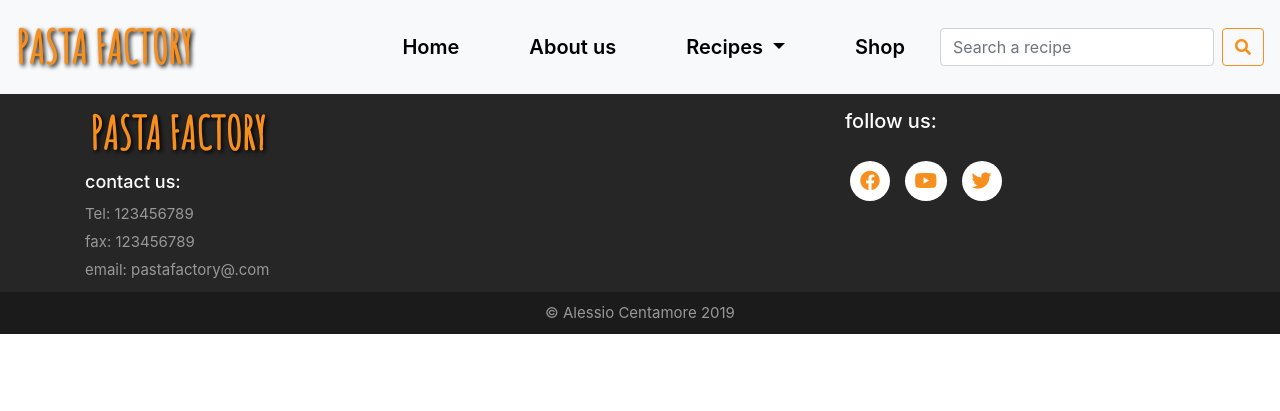
Repository: Baal89/recipe-app
Page: http://localhost/get_recipes
The author's editor kept a record of every edit. The page is drawn from the files as they stood at one moment, then again after the next edit.
The browser window is 1280 px wide. The pictures show the whole page.
Some web libraries are served in a nearby version. The page is served by the project's application, run on Flask 3 (app.py). Queries for data that is not in the repository find no rows.

Above is the page before.
Console error: TypeError: $(...).tooltip is not a function

### templates/recipes.html
{% extends 'base.html' %} {% block content %}

<!-- bootstrap accordion and collapse navbar -->
<section>
    <form method="POST" action="{{url_for('filter_recipes') }}">
        <div>

            {% for category in categories %}

            <div class="form-group form-check">
                <input type="checkbox" class="form-check-input" id="exampleCheck1" name="category_name" value="{{category.category_name}}">
                <label class="form-check-label" for="exampleCheck1">{{category.category_name}}</label>
            </div>

            {% endfor %}
        </div>
        <div>

            {% for type in types %}

            <div class="form-group form-check">
                <input type="checkbox" class="form-check-input" id="exampleCheck1" name="type_name" value="{{type.name}}">
                <label class="form-check-label" for="exampleCheck1">{{type.name}}</label>
            </div>

            {% endfor %}
        </div>
        <div>
            {% for type in types %}

            <div class="form-group form-check">
                <input type="checkbox" class="form-check-input" id="exampleCheck1" name="difficult_level" value="{{difficult.level}}">
                <label class="form-check-label" for="exampleCheck1">{{difficult.level}}</label>
            </div>

            {% endfor %}
        </div>
        <div>
            {% for price in prices %}

            <div class="form-group form-check">
                <input type="checkbox" class="form-check-input" id="exampleCheck1" name="price_amount" value="{{price.amount}}">
                <label class="form-check-label" for="exampleCheck1">{{price.amount}}</label>
            </div>

            {% endfor %}
        </div>
    </form>
</section>

{% for recipe in recipes %}

<section class="recipe-container">
    <div class="container recipe-page">
        <div class="row">
            <div class="col-md-8 col-12 text-center">
                <h2 class=recipe-name>{{recipe.recipe_name}}</h2>
            </div>
            <div class="col-md-4 col-12">
                <a href="{{url_for('edit_recipe', recipe_id=recipe._id) }}" class="btn btn-warning btn recipe-button" role="button" aria-pressed="true"><i class="fas fa-edit"></i>Update</a>
                <a href="{{url_for('delete_recipe', recipe_id=recipe._id) }}" class="btn btn-danger btn recipe-button" role="button" aria-pressed="true"><i class="fas fa-trash"></i>Delete</a>
            </div>
        </div>
        <div class="row">
            <div class="col-md-8 col-12 recipe-img">
                <img class="img-fluid" src="{{recipe.recipe_img}}">
            </div>
            <div class="col-md-4 col-12 recipe-details">
                <!--<div>Icons made by <a href="https://www.flaticon.com/authors/monkik" title="monkik">monkik</a> from <a href="https://www.flaticon.com/" title="Flaticon">www.flaticon.com</a></div> -->
                <p><img class="img-fluid icon" src="static/assets/img/ramen.png">type: <strong>{{recipe.category_name}}</strong></p>
                <!--<div>Icons made by <a href="https://www.flaticon.com/authors/freepik" title="Freepik">Freepik</a> from <a href="https://www.flaticon.com/" title="Flaticon">www.flaticon.com</a></div>-->
                <p><img class="img-fluid icon" src="static/assets/img/sterling-pound-sign-of-money.png">Price: <strong>{{recipe.recipe_price}}</strong></p>
                <!--<div>Icons made by <a href="https://www.flaticon.com/authors/freepik" title="Freepik">Freepik</a> from <a href="https://www.flaticon.com/" title="Flaticon">www.flaticon.com</a></div>-->
                <p><img class="img-fluid icon" src="static/assets/img/kitchen-pack.png">Preparation time: <strong>{{recipe.recipe_cooking_time}}</strong></p>
                <!--<div>Icons made by <a href="https://www.flaticon.com/authors/freepik" title="Freepik">Freepik</a> from <a href="https://www.flaticon.com/" title="Flaticon">www.flaticon.com</a></div>-->
                <p><img class="img-fluid icon" src="static/assets/img/chef.png"> difficulty: <strong>{{recipe.recipe_difficulty}}</strong></p>
                <!--<div>Icons made by <a href="https://www.flaticon.com/authors/eucalyp" title="Eucalyp">Eucalyp</a> from <a href="https://www.flaticon.com/" title="Flaticon">www.flaticon.com</a></div> -->
                <p><img class="img-fluid icon" src="static/assets/img/vegetarian.png"> dietary: <strong>{{recipe.recipe_dietary}}</strong></p>
            </div>
        </div>
        <div class="row recipe-row">
            <div class="col-md-6 col-6">
                <h3 class="ingredients-header">ingredients for {{recipe.recipe_doses}}</h3>
                <ul class="recipe-composition">
                    {% for ingredients in recipe.recipe_ingredients %}
                    <li><strong>{{ingredients}}</strong></li><br> {% endfor %}
                </ul>
            </div>
            <div class="col-md-6 col-6">
                <h3 class="ingredients-header">Allergens</h3>
                <ul class="recipe-composition">
                    {% for allergens in recipe.recipe_allergens %}
                    <li><strong>{{allergens}}</strong></li><br> {% endfor %}
                </ul>
            </div>
        </div>
        <div class="row">
            <div class="col-12">
                <h3 class="ingredients-header">Preparation Steps</h3>
                <p class="steps">{{recipe.recipe_preparation_steps}}</p>
            </div>
        </div>
    </div>
</section>


{% endfor %} {% endblock %}

### templates/base.html
<!DOCTYPE html>
<html lang="en">

<head>
    <meta charset="utf-8">
    <meta name="viewport" content="width=device-width, initial-scale=1, shrink-to-fit=no">
    <link href="https://fonts.googleapis.com/css?family=Amatic+SC&display=swap" rel="stylesheet">
    <link rel="stylesheet" href="https://use.fontawesome.com/releases/v5.8.2/css/all.css" integrity="sha384-oS3vJWv+0UjzBfQzYUhtDYW+Pj2yciDJxpsK1OYPAYjqT085Qq/1cq5FLXAZQ7Ay" crossorigin="anonymous" type="text/css">
    <link href="https://stackpath.bootstrapcdn.com/bootstrap/4.4.1/css/bootstrap.min.css" rel="stylesheet" integrity="sha384-Vkoo8x4CGsO3+Hhxv8T/Q5PaXtkKtu6ug5TOeNV6gBiFeWPGFN9MuhOf23Q9Ifjh" crossorigin="anonymous">
    <link rel="stylesheet" href="{{url_for('static', filename='css/style.css') }}" type="text/css">
    <title>Pasta Factory</title>
</head>

<body>
    <header class="main-header sticky-top">
        <!-- bootsrap navbar -->
        <nav class="navbar navbar-expand-lg navbar-light bg-light">
            <a class="navbar-brand" href="{{ url_for('index') }}"><strong>Pasta Factory</strong></a>
            <button class="navbar-toggler" type="button" data-toggle="collapse" data-target="#navbarNav" aria-controls="navbarNav" aria-expanded="false" aria-label="Toggle navigation">
                <span class="navbar-toggler-icon"></span>
            </button>
            <div class="collapse navbar-collapse justify-content-end" id="navbarNav">
                <ul class="navbar-nav">
                    <li class="nav-item">
                        <a class="nav-link" href="{{url_for('index') }}">Home <span class="sr-only">(current)</span></a>
                    </li>
                    <li class="nav-item">
                        <a class="nav-link" href="{{url_for('about') }}">About us</a>
                    </li>
                    <li class="nav-item dropdown">
                        <a class="nav-link dropdown-toggle" href="#" id="navbarDropdown" role="button" data-toggle="dropdown" aria-haspopup="true" aria-expanded="false">
                              Recipes
                            </a>
                        <div class="dropdown-menu" aria-labelledby="navbarDropdown">
                            <a class="dropdown-item" href="{{url_for('get_recipes') }}">See recipes</a>
                            <a class="dropdown-item" href="{{url_for('add_recipe') }}">Add a recipe</a>
                        </div>
                    </li>
                    <li class="nav-item">
                        <a class="nav-link" href="{{url_for('shop') }}">Shop</a>
                    </li>
                </ul>
                <!--bootstrap search form ----->
                <form action="{{url_for('search') }}" method="POST" class="form-inline search">
                    <input class="form-control mr-sm-2" type="search" placeholder="Search a recipe" aria-label="Search" name="query" data-toggle="tooltip" data-placement="right" title="serch recipes, category such as starter, and ingredients">
                    <button class="btn btn-outline my-2 my-sm-0" type="submit"><i class="fas fa-search"></i></button>
                </form>
            </div>
        </nav>
    </header>

    {% block content %} {% endblock %}

    <footer>
        <div class="container">
            <div class="row">
                <div class="col-md-8 col-6">
                    <a class="navbar-brand" href="{{ url_for('index') }}"><strong>Pasta Factory</strong></a>
                    <h5 class="details-header">contact us:</h5>
                    <p>Tel: 123456789</p>
                    <p>fax: 123456789</p>
                    <p>email: pastafactory@.com</p>
                </div>
                <div class="col-md-4 col-6 social-media">
                    <h5>follow us:</h5>
                    <a href="#">
                        <i class="fab fa-facebook"></i>
                    </a>
                    <a href="#">
                        <i class="fab fa-youtube"></i>
                    </a>
                    <a href="#">
                        <i class="fab fa-twitter"></i>
                    </a>
                </div>
            </div>
        </div>
        <div class="container-fluid">
            <div class="row">
                <div class="col-12 px-0">
                    <p class="text-center credit">&copy; Alessio Centamore 2019</p>
                </div>
            </div>
        </div>
    </footer>

    <script src="https://code.jquery.com/jquery-3.4.1.slim.min.js" integrity="sha384-J6qa4849blE2+poT4WnyKhv5vZF5SrPo0iEjwBvKU7imGFAV0wwj1yYfoRSJoZ+n" crossorigin="anonymous"></script>
    <script src="https://cdn.jsdelivr.net/npm/popper.js@1.16.0/dist/umd/popper.min.js" integrity="sha384-Q6E9RHvbIyZFJoft+2mJbHaEWldlvI9IOYy5n3zV9zzTtmI3UksdQRVvoxMfooAo" crossorigin="anonymous"></script>
    <script src="https://stackpath.bootstrapcdn.com/bootstrap/4.4.1/js/bootstrap.min.js" integrity="sha384-wfSDF2E50Y2D1uUdj0O3uMBJnjuUD4Ih7YwaYd1iqfktj0Uod8GCExl3Og8ifwB6" crossorigin="anonymous"></script>
    <script type="text/javascript" src="https://cdnjs.cloudflare.com/ajax/libs/jquery/3.4.1/jquery.min.js"></script>
    <script type="text/javascript">
        $(document).ready(function() {

            $('.gallery-item').hover(function() {
                $(this).find('.img-title').fadeIn(300);
            }, function() {
                $(this).find('.img-title').fadeOut(100);
            });

            if ($(window).width() > 760) {
                $(".recipe-row").addClass("text-center");
            }
        });

        $(function() {
            $('[data-toggle="tooltip"]').tooltip();
        });

    </script>
</body>


</html>

### app.py
import os
from flask import Flask, render_template, redirect, request, url_for
from flask_pymongo import PyMongo
from bson.objectid import ObjectId

app = Flask(__name__)

app.config["MONGO_DBNAME"] = "recipe_guide"
app.config["MONGO_URI"] = os.environ.get("MONGO_URI")

mongo = PyMongo(app)

@app.route("/")
def index():
    return render_template("index.html")

@app.route("/get_recipes")
def get_recipes():
    return render_template("recipes.html", recipes = mongo.db.recipes.find().sort("category_name", -1),
                                categories = mongo.db.categories.find(),
                                types = mongo.db.types.find(),
                                difficulties = mongo.db.difficulties.find(),
                                prices = mongo.db.prices.find())


# filter category function
@app.route("/filter_recipes", methods=['POST'])
def filter_recipes(category_name):
    recipes = mongo.db.recipes.find()
    return render_template("filter.html", recipes = recipes)


# search index function
@app.route("/search", methods=['POST'])
def search():
    query = request.form.get('query')
    recipes = mongo.db.recipes.find({'$text' : {'$search' : query} })
    return render_template("recipes.html", recipes = recipes, type = 'searched')

@app.route("/add_recipe")
def add_recipe():
    return render_template("addrecipes.html", categories=mongo.db.categories.find())

# Add Recipe - Insert Recipe Function
@app.route("/insert_recipe", methods=["POST"])
def insert_recipe():

    ingredients = request.form.get("recipe_ingredients").splitlines()
    allergens = request.form.get("recipe_allergens").splitlines()


    # Recipe JSON object
    submission = {
        "recipe_name": request.form.get("recipe_name"),
        "category_name": request.form.get("category_name"),
        "recipe_img": request.form.get("recipe_img"),
        "recipe_difficulty": request.form.get("recipe_difficulty"),
        "recipe_ingredients": ingredients,
        "recipe_allergens": allergens,
        "recipe_cooking_time": request.form.get("recipe_cooking_time"),
        "recipe_price": request.form.get("recipe_price"),
        "recipe_dietary": request.form.get("recipe_dietary"),
        "recipe_doses": request.form.get("recipe_doses"),
        "recipe_preparation_steps": request.form.get("recipe_preparation_steps"),
    }

    recipes = mongo.db.recipes
    recipes.insert_one(submission)
    return redirect(url_for("get_recipes"))


# edit recipe - edit recipe function
@app.route("/edit_recipe/<recipe_id>")
def edit_recipe(recipe_id):
    the_recipe = mongo.db.recipes.find_one({"_id" : ObjectId(recipe_id) })
    all_recipes = mongo.db.categories.find()

    return render_template("editrecipes.html", recipes = the_recipe, categories = all_recipes)

#update recipe - update recipe function
@app.route('/update_recipe/<recipe_id>', methods=["POST"])
def update_recipe(recipe_id):
    recipes = mongo.db.recipes

    ingredients = request.form.get("recipe_ingredients").splitlines()
    allergens = request.form.get("recipe_allergens").splitlines()


    recipes.update( {'_id': ObjectId(recipe_id)},


    {
        "recipe_name": request.form.get("recipe_name"),
        "category_name": request.form.get("category_name"),
        "recipe_img": request.form.get("recipe_img"),
        "recipe_difficulty": request.form.get("recipe_difficulty"),
        "recipe_ingredients": ingredients,
        "recipe_allergens": allergens,
        "recipe_cooking_time": request.form.get("recipe_cooking_time"),
        "recipe_price": request.form.get("recipe_price"),
        "recipe_dietary": request.form.get("recipe_dietary"),
        "recipe_doses": request.form.get("recipe_doses"),
        "recipe_preparation_steps": request.form.get("recipe_preparation_steps"),
    })
    return redirect("/get_recipes")

@app.route('/delete_recipe/<recipe_id>')
def delete_recipe(recipe_id):
    mongo.db.recipes.remove({'_id': ObjectId(recipe_id)})
    return redirect(url_for('get_recipes'))

@app.route('/about')
def about():
    return render_template('about-us.html')

@app.route('/shop')
def shop():
    return render_template('shop.html', utensils = mongo.db.utensils.find())

if __name__=="__main__":
    app.run(host=os.environ.get("IP"),
        port=int(os.environ.get("PORT")),
        debug=True)

### static/css/style.css
/*------------------------------------------------------------ navbar */

.navbar-light .navbar-nav .nav-link {
    font-size: 20px;
    font-weight: 600;
    padding: 0 15px;
    display: block;
    color: black;
    transition: color 0.2s ease-in-out;
    margin: 20px;
}

.navbar-light .navbar-nav .nav-link:hover {
    color: #f78f1e;
}

.navbar-light .navbar-brand {
    color: #f78f1e;
    font-weight: 400;
    text-transform: uppercase;
    text-shadow: 2px 2px 4px #000000;
    font-size: 45px;
    font-family: 'Amatic SC', cursive;
}

.navbar-light .navbar-brand:hover {
    color: #f78f1e;
}

.bg-light .btn {
    color: #f78f1e;
    border: 1px solid #f78f1e;
}

.bg-light .btn:hover {
    color: black;
    border: 1px solid black;
}


@media only screen and (max-width: 600px) {
    .navbar-light .navbar-brand {
        font-size: 30px;
    } .navbar-light .navbar-nav .nav-link {
        font-size: 16px;
    }
}

@media only screen and (max-width: 1024px) {
    .bg-light .btn {
        display: none;
    }
}

/*-------------------------------------------------------index.html */

/*---------------------------------------------carousel */

.d-md-block {
    text-transform: uppercase;
    padding: 1em;
    position: absolute;
    top: 60%;
    left: 50%;
    margin-right: -50%;
    transform: translate(-50%, -50%);
}

.d-md-block p {
    font-size: 35px;
    text-shadow: 2px 2px #000000;
}

.d-md-block .nav-button {
    border: none;
    color: white;
    background-color: #f78f1e;
    padding: 15px 24px;
    text-align: center;
    text-decoration: none;
    display: inline-block;
    font-size: 16px;
    font-weight: bold;
    transition: color 0.2s ease-in-out;
    border-radius: 4px;
}

.d-md-block .nav-button:hover {
    color: black;
}

/*-----------------------------------article description*/

.description {
    margin: 70px 0;
    padding: 100px 0;
    background-image: url("../assets/img/tools.jpg");
    background-position: center center;
    background-repeat: no-repeat;
    background-size: cover;
    color: black;
}

.title {
    text-decoration: underline #f78f1e;
    text-transform: uppercase;
    margin-bottom: 30px;
    font-size: 30px;
}

.description p {
    font-size: 20px;
    font-weight: 600;
}

@media only screen and (max-width: 800px) {
    .description,
    background-image {
        padding: 20px 0;
        opacity: 0.9;
    }
}

@media only screen and (max-width: 600px) {
    .description p {
        font-size: 14px;
    } .title {
        font-size: 18px;
    }
}

/*---------------------------------------------cards*/

.card {
    padding: 0;
    border: none;
}

.cards p {
    font-size: 18px;
}

.cards-header {
    margin-bottom: 50px;
    padding-bottom: 50px;
    text-transform: uppercase;
    font-size: 25px;
}

.nav-button-cards {
    margin-top: 30px;
    border: 1px solid #f78f1e;
    color: black;
    background-color: white;
    padding: 15px 24px;
    text-align: center;
    text-decoration: none;
    display: inline-block;
    font-size: 16px;
    font-weight: bold;
    transition: background-color 0.2s ease-in-out;
    border-radius: 4px;
}

.nav-button-cards:hover {
    background-color: #f78f1e;
    color: white;
}

@media only screen and (max-width: 600px) {
    .cards-header {
        font-size: 18px
    } .cards p {
        font-size: 12px;
    } .nav-button-cards {
        font-size: 12px;
    }
}

/*-------------------------------------------recipe book*/

.book {
    margin: 30px auto;
    padding: 50px 0;
    width: 50%;
}

.recipe-book {
    margin: 100px auto 25px;
}

.recipe-book-header {
    text-transform: uppercase;
    font-size: 25px;
}

.recipe-book p {
    font-size: 18px;
}

@media only screen and (max-width: 768px) {
    .book {
        width: 75%;
    }
}

@media only screen and (max-width: 600px) {
    .recipe-book-header {
        font-size: 18px;
    } .recipe-book p {
        font-size: 14px;
    }
}

/*----------------------------------------------------------------recipes.html*/

.recipe-container {
    background-image: url("../assets/img/recipe-page.jpg");
    background-position: center;
    background-repeat: no-repeat;
    background-size: cover;
    background-attachment: fixed;
    padding: 75px 15px;
}

.recipe-page {
    background-color: white;
    margin: 40px auto;
    padding: 20px 15px;
}

.recipe-name {
    font-family: 'Amatic SC', cursive;
    font-size: 50px;
}

.recipe-img {
    margin: 35px auto;
}

.recipe-img .img-fluid {
    max-height: 400px;

}

.recipe-details {
    margin: 100px 0;
}

.recipe-button {
    font-size: 16px;
    margin: 15px 0;
}

.icon {
    width: 8%;
    margin-right: 5px;
}

.ingredients-header {
    font-family: 'Amatic SC', cursive;
    font-size: 40px;
    color: #f78f1e;
}


.recipe-composition {
    display: inline-block;
    text-align: left;
    list-style: none;
}



/*-----------------w3schools tutorial for change the color of a ul bullet*/

.recipe-composition li::before {
    content: "\2022";
    color: #f78f1e;
    font-weight: 800;
    display: inline-block;
    width: 1em;
    margin-left: -1em;
}


@media only screen and (max-width: 600px) {
    .recipe-details {
        margin: 25px 0;
        text-align: center;
    }
    .recipe-composition,
    .steps{
        font-size: 12px;
    } .ingredients-header {
        font-size: 28px;
    }
}

@media only screen and (max-width: 600px) {
    .recipe-img {
        text-align: center;
    } .recipe-details p {
        font-size: 12px;
    } .recipe-button {
        font-size: 14px;
    }
}

/*-----------------------------------------------------addrecipe.html and editrecipe.html*/

.form-header {
    text-align: center;
    font-family: 'Amatic SC', cursive;
    color: #f78f1e;
    font-size: 50px;
}

.form-page {
    background-color: white;
    margin: 55px auto;
    padding: 35px 0;
}

/*------------------------------------------------------about us.html*/

.video-header {
    font-family: 'Amatic SC', cursive;
    color: #f78f1e;
    font-size: 60px;
}

.paragraph {
    font-size: 18px;
    font-weight: bold;
}


.about-row {
    margin: 35px auto;
}


.about-row article {
    padding: 25px 0;
    margin: 50px;
}

.subcontainer-header {
    text-align: center;
    margin: 20px auto;
    font-size: 25px;
    text-transform: uppercase;
}

.about-header {
    text-decoration: underline #f78f1e;
    text-transform: uppercase;
    margin-bottom: 30px;
    font-size: 25px;
}

.about-paragraph {
    font-size: 16px;
}

.about-page {
    padding: 30px 0;
}

#about-picture {
    padding-top: 75px;
}

@media only screen and (max-width: 900px) {
    #about-picture {
        padding-top: 0;
    }
    .about-row {
        text-align: center;
    }
}

@media only screen and (max-width: 600px) {
    .paragraph {
        font-size: 14px;
    } .subcontainer-header {
        font-size: 18px;
    } .about-paragraph {
          font-size: 14px;
      } .about-header {
          font-size: 18px;
      } .about-img {
          width:75%;
      }
}

/*------------------------------------------------------------shop.html*/

.shop-header {
    padding: 45px 0;
}

.utensil-page {
    margin: 60px auto;
}

.shop-header {
    margin: 25px;
}

.img-title {
    position: absolute;
    top: 0;
    margin: 0;
    height: 75%;
    width: 80%;
    display: none;
    background-color: white;
}

.img-title h5 {
    position: absolute;
    color: black;
    width: 100%;
    text-align: center;
}



.utensil-gallery {
    margin: 30px auto;
}


@media only screen and (min-width: 1200px) {
    .gallery-item img {
        width: 250px;
        height: 250px;
    }
}

@media only screen and (min-width: 768px) {
    .gallery-item img {
        width: 180px;
        height: 180px;
    }
}

@media only screen and (max-width: 600px) {
    .gallery-item img {
        width: 150px;
        height: 150px;
    }
    .button-title {
        font-size: 12px;
        padding: 10px 18px;
        margin-left: 10px;
    }
    .shop-header {
        text-align: center;
    } #buy-button {
        margin-left: 15px;
    }
}

/*----------------------------------------------------------------footer*/

footer {
    background-color: #262626;
    color: white;
}

footer a {
    padding: 0 5px;
    text-decoration: none;
}

footer i {
    margin-top: 20px;
    font-size: 20px;
    color: #f78f1e;
    background-color: white;
    transition: color 0.2s ease-in-out;
    border-radius: 100%;
    padding: 10px;
}

footer i:hover {
    color: black;
    text-decoration: none;
}


footer p {
    font-size: 15px;
    line-height: 12px;
    color: #989898;
}

.details-header {
    margin-bottom: 15px;
    font-size: 18px;
}

.navbar-brand {
    color: #f78f1e;
    font-weight: 400;
    text-transform: uppercase;
    text-shadow: 2px 2px 4px #000000;
    font-size: 45px;
    font-family: 'Amatic SC', cursive;
}

.navbar-brand:hover {
    color: #f78f1e;
}

.social-media {
    margin: 15px auto;
}

.credit {
    background-color: #1b1b1b;
    padding: 15px 0;
    margin: 0;
}

@media only screen and (max-width: 600px) {
    .navbar-brand {
        font-size: 30px;
    } footer p {
        font-size: 12px;
    } .details-header {
        font-size: 15px;
    } footer i {
        font-size: 15px;
    }
}

After the next edit:
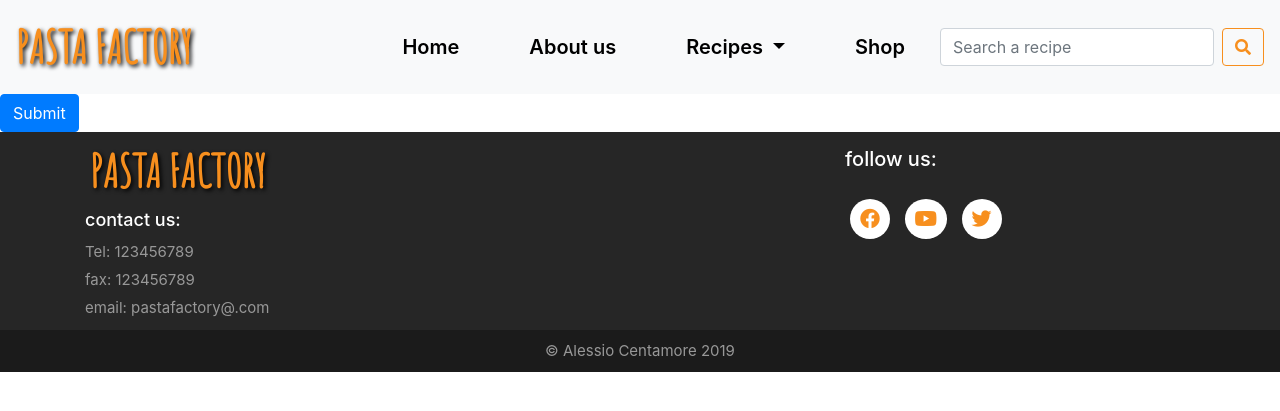
The edit:
--- a/templates/recipes.html
+++ b/templates/recipes.html
@@ -45,6 +45,7 @@
 
             {% endfor %}
         </div>
+        <button type="submit" class="btn btn-primary">Submit</button>
     </form>
 </section>
 
